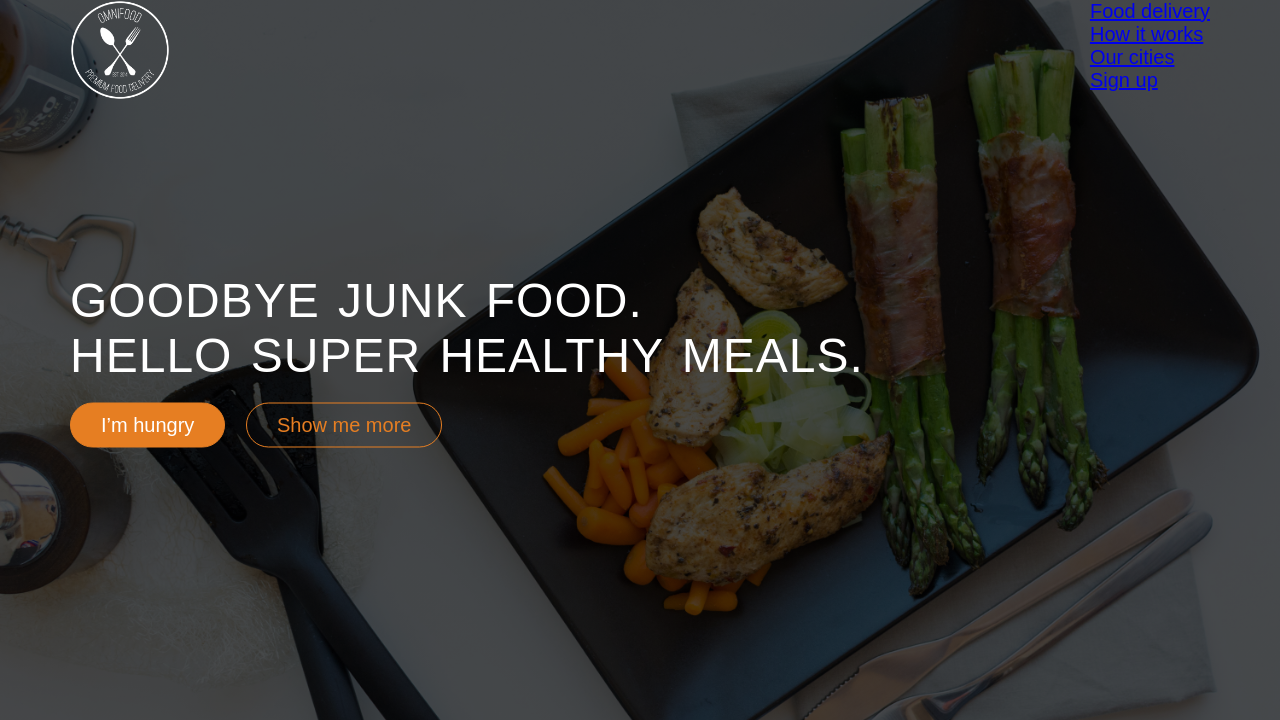
Repository: pboi18/E-Foods
Page: index.html
An editor plug-in stored every save of this project. The page is shown before and after the next save, followed by the edit.
The browser window is 1280 px wide. The pictures show the whole page.

Above is the page before, as saved 2020-07-09 22:34:45.

After the next save:
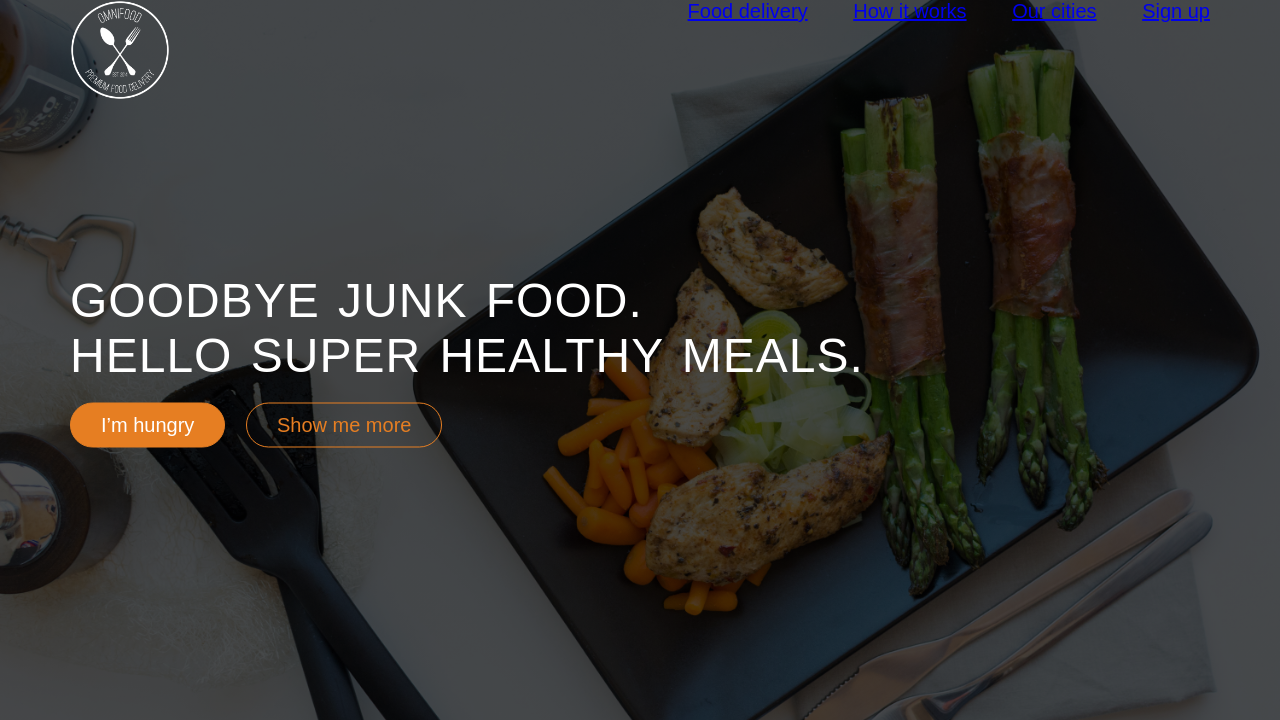
Saved 68 s later.
--- a/resources/css/style.css
+++ b/resources/css/style.css
@@ -119,3 +119,8 @@ header {
     float: right;
     list-style: none;
 }
+
+.main-nav li {
+    display: inline-block;
+    margin-left: 40px;
+}
